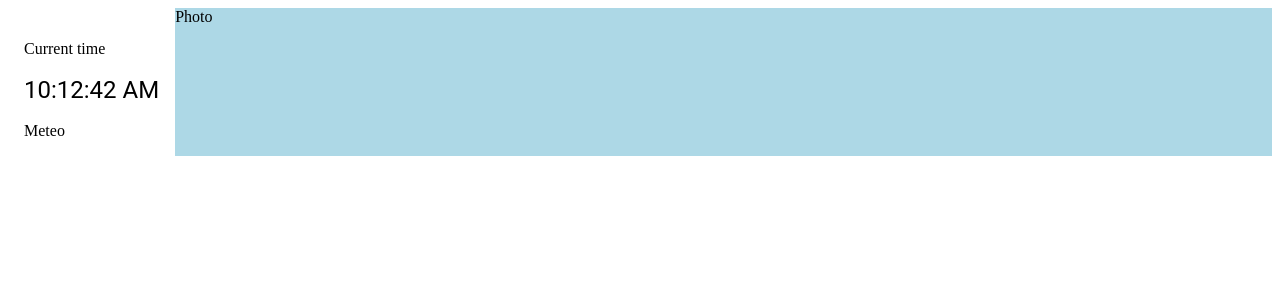
Repository: songvi/meteo
Page: /
These files come from the project's save history. The page is drawn as it stood at one moment and after the next save; the edit follows.
The browser window is 1280 px wide. The pictures show the whole page.
The project was rebuilt for these pictures with package versions that can differ from the ones it lists, and the page was loaded fresh each time. Also part of the build but not shown: src/App.css.

Above is the page before, as saved 2023-04-02 23:24:35.

### src/App.tsx
import React from 'react';
import logo from './logo.svg';
import './App.css';
import Navbar from './app/Navbar';

function App() {
  return (
    <Navbar />
  );
}

export default App;

### src/app/Navbar.tsx
import { Box, Stack } from '@mui/material'
import Meteo from '../features/meteo/Meteo'
import Photo from '../features/media/Photo'
import Datetime from '../features/datetime/Datetime'

const Navbar = () => {
    return (
        <Box>
            <Stack direction={'row'}>
                <Stack p={2} spacing={2} direction={'column'} justifyContent={'center'}>
                    <Datetime />
                    <Meteo />
                </Stack>
                <Photo />
            </Stack>
        </Box>
    )
}

export default Navbar

### src/features/meteo/Meteo.tsx
import { Box } from '@mui/material';
import React from 'react';

const Meteo = () => {
  return (
    <Box>Meteo</Box>
  )
}

export default Meteo

### src/features/media/Photo.tsx
import { Box } from '@mui/material'
import React from 'react'

const Photo = () => {
  return (
    <Box flex={4}  sx={{ backgroundColor: 'lightblue' }}>Photo</Box>
  )
}

export default Photo

### src/features/datetime/Datetime.tsx
import Clock from 'react-clock'
import { Box, Typography } from '@mui/material'
import { useEffect } from 'react';
import { useState } from 'react';

const Datetime = () => {
    const [value, setValue] = useState(new Date());

    useEffect(() => {
        const interval = setInterval(() => setValue(new Date()), 1000)

        return () => { clearInterval(interval); }
    }, [])

    return (
        <Box flex={2} alignContent={'center'}>
            <p>Current time</p>
            <Typography variant='h5'>{value ? value.toLocaleTimeString() : ""}</Typography>
        </Box>
    )
}

export default Datetime

Loaded but not shown: public/index.html (common file); src/index.tsx (common file)

After the next save:
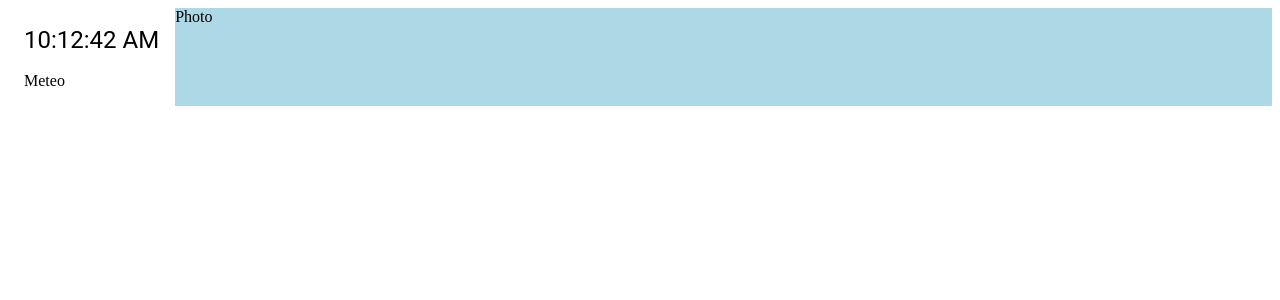
Saved 21 s later.
--- a/src/features/datetime/Datetime.tsx
+++ b/src/features/datetime/Datetime.tsx
@@ -14,7 +14,6 @@ const Datetime = () => {
 
     return (
         <Box flex={2} alignContent={'center'}>
-            <p>Current time</p>
             <Typography variant='h5'>{value ? value.toLocaleTimeString() : ""}</Typography>
         </Box>
     )
